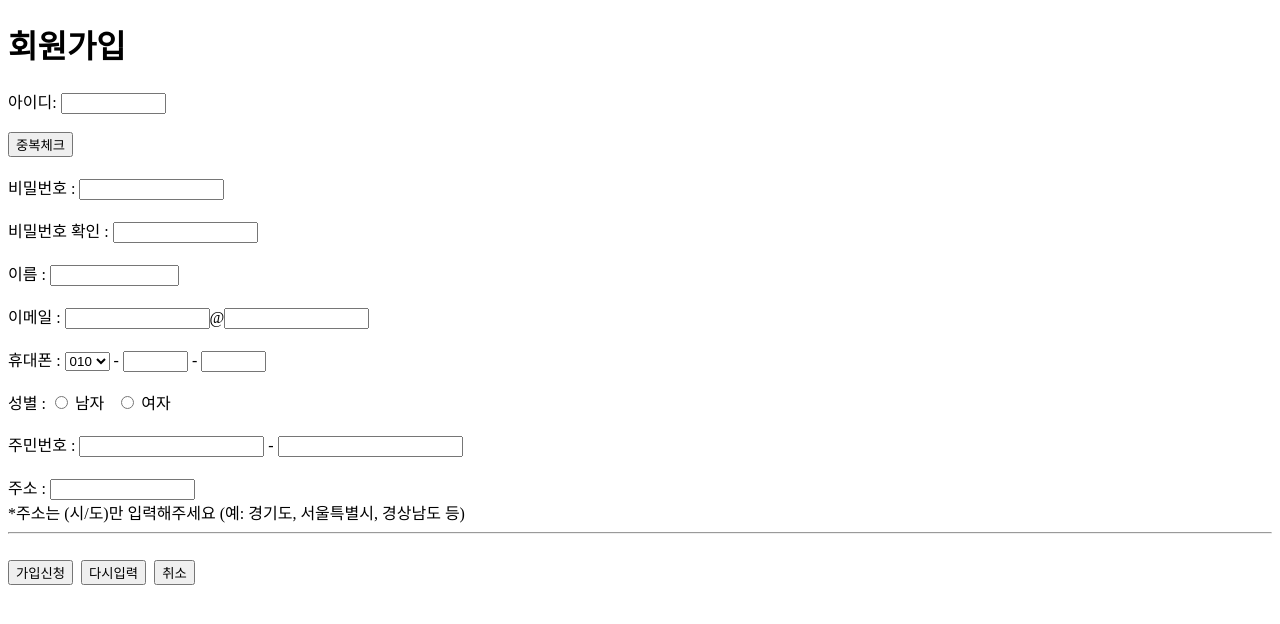
Repository: soohyeK/practice
Page: http://localhost/Join/new
An editor plug-in stored every save of this project. The page is shown before and after the next save, followed by the edit.
The browser window is 1280 px wide. The pictures show the whole page.
The page is served by Tomcat 9.

Above is the page before, as saved 2022-09-19 06:45:54.

After the next save:
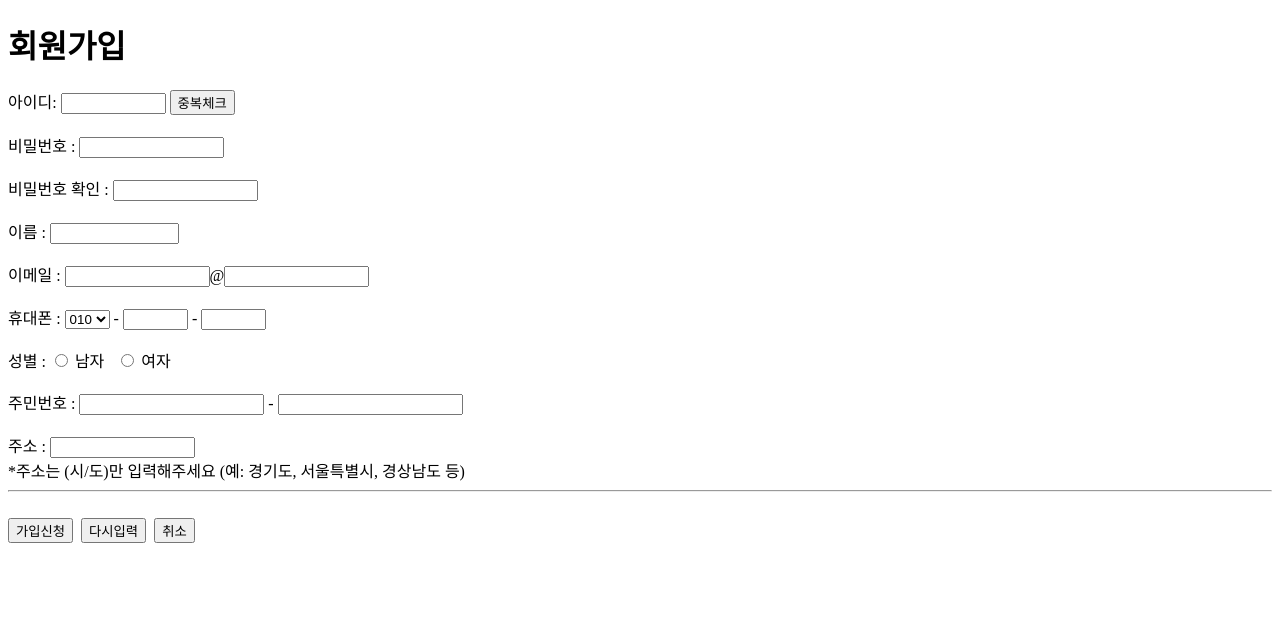
Saved 11 s later.
--- a/Join/src/main/webapp/WEB-INF/views/new.jsp
+++ b/Join/src/main/webapp/WEB-INF/views/new.jsp
@@ -7,7 +7,7 @@
 <body>
 <h1>회원가입</h1>
 
-아이디: <input type="text" size="10" maxlength="15" name="id" id="id"><br><br>
+아이디: <input type="text" size="10" maxlength="15" name="id" id="id">
 	  <input type="button" name="idChk" id="idChk" value="중복체크"><br><br>
 비밀번호 : <input type="password" size="15" maxlength="20" name="pass" id="pass"><br><br>
 비밀번호 확인 : <input type="password" size="15" maxlength="20" name="pass2" id="pass2"><br><br>
